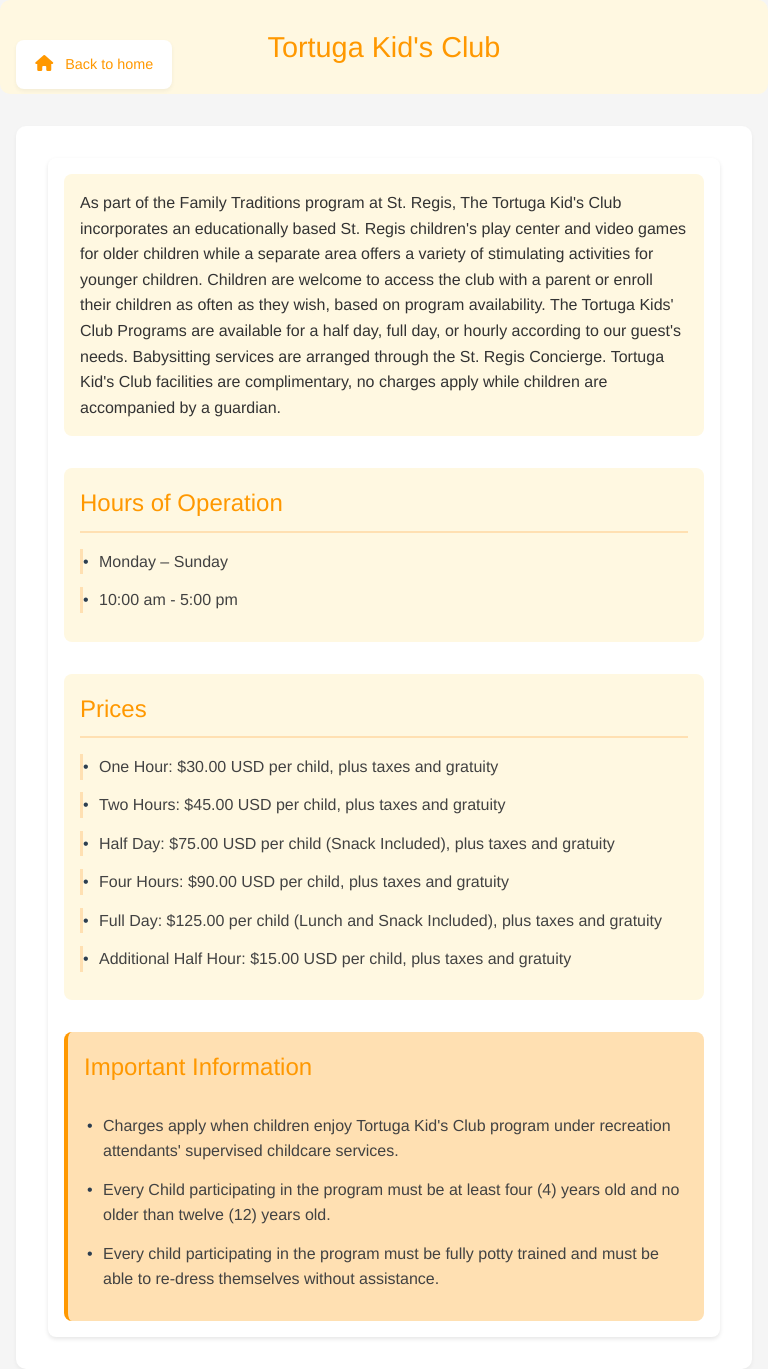
Repository: chvg1968/luxephonebook
Page: public/pages/tortuga.html
The author's editor kept a copy of each file at every save. The page is drawn from the files as they stood at one save, then again after the next save.
The browser window is 768 px wide. The pictures show the whole page.

Above is the page before, as saved 2025-01-23 19:55:01.

### public/pages/tortuga.html
<!DOCTYPE html>
<html lang="en">
<head>
    <meta charset="UTF-8">
    <meta name="viewport" content="width=device-width, initial-scale=1.0">
    <title>Tortuga Kid's Club</title>
    <link rel="stylesheet" href="/public/assets/styles/main.css">
    <link rel="stylesheet" href="/public/assets/styles/components/tortuga.css">
    <link rel="stylesheet" href="https://cdnjs.cloudflare.com/ajax/libs/font-awesome/6.0.0/css/all.min.css">
</head>
<body>
    <main>
        <div class="property-welcome">
            <div class="header-content">
                <a href="villaclara.html" class="back-to-home">
                    <i class="fas fa-home"></i>
                    <span>Back to home</span>
                </a>
                <h1 id="propertyTitle">Tortuga Kid's Club</h1>
            </div>
        </div>

        <div class="property-container">
            <div class="property-content">
                <div class="property-hero">
                    <div class="property-info">
                        <div class="info-section">
                            <p>As part of the Family Traditions program at St. Regis, The Tortuga Kid's Club incorporates an educationally based St. Regis children's play center and video games for older children while a separate area offers a variety of stimulating activities for younger children. Children are welcome to access the club with a parent or enroll their children as often as they wish, based on program availability. The Tortuga Kids' Club Programs are available for a half day, full day, or hourly according to our guest's needs. Babysitting services are arranged through the St. Regis Concierge. Tortuga Kid's Club facilities are complimentary, no charges apply while children are accompanied by a guardian.</p>
                        </div>

                        <div class="info-section">
                            <h3>Hours of Operation</h3>
                            <ul class="info-list">
                                <li>Monday – Sunday</li>
                                <li>10:00 am - 5:00 pm</li>
                            </ul>
                        </div>

                        <div class="info-section">
                            <h3>Prices</h3>
                            <ul class="info-list">
                                <li>One Hour: $30.00 USD per child, plus taxes and gratuity</li>
                                <li>Two Hours: $45.00 USD per child, plus taxes and gratuity</li>
                                <li>Half Day: $75.00 USD per child (Snack Included), plus taxes and gratuity</li>
                                <li>Four Hours: $90.00 USD per child, plus taxes and gratuity</li>
                                <li>Full Day: $125.00 per child (Lunch and Snack Included), plus taxes and gratuity</li>
                                <li>Additional Half Hour: $15.00 USD per child, plus taxes and gratuity</li>
                            </ul>
                        </div>

                        <div class="info-section warning">
                            <h3>Important Information</h3>
                            <ul class="info-list">
                                <li>Charges apply when children enjoy Tortuga Kid's Club program under recreation attendants' supervised childcare services.</li>
                                <li>Every Child participating in the program must be at least four (4) years old and no older than twelve (12) years old.</li>
                                <li>Every child participating in the program must be fully potty trained and must be able to re-dress themselves without assistance.</li>
                            </ul>
                        </div>
                    </div>
                </div>
            </div>
        </div>
    </main>
</body>
</html>

### public/assets/styles/main.css
:root {
    --primary-color: #2c3e50;
    --secondary-color: #3498db;
    --background-color: #f5f5f5;
    --card-background: #ffffff;
    --text-color: #333333;
    --border-radius: 8px;
    --spacing-sm: 8px;
    --spacing-md: 16px;
    --spacing-lg: 24px;
    --shadow-sm: 0 2px 4px rgba(0, 0, 0, 0.1);
    --shadow-md: 0 4px 6px rgba(0, 0, 0, 0.1);
    --transition-speed: 0.3s;
}

* {
    margin: 0;
    padding: 0;
    box-sizing: border-box;
}

body {
    font-family: 'Helvetica Neue', Arial, sans-serif;
    line-height: 1.6;
    color: var(--text-color);
    background-color: var(--background-color);
}

.container {
    max-width: 1200px;
    margin: 0 auto;
    padding: var(--spacing-lg);
}

.two-column-layout {
    display: grid;
    grid-template-columns: 1fr 1fr;
    gap: var(--spacing-lg);
    margin-top: var(--spacing-lg);
}

.property-column {
    background-color: var(--card-background);
    border-radius: var(--border-radius);
    padding: var(--spacing-lg);
    box-shadow: var(--shadow-sm);
    order: 1;
}

.search-column {
    background-color: var(--card-background);
    border-radius: var(--border-radius);
    padding: var(--spacing-lg);
    box-shadow: var(--shadow-sm);
    order: 2;
}

.main-menu {
    list-style: none;
    padding: 0;
}

.menu-item {
    margin-bottom: var(--spacing-sm);
}

.menu-button,
.sub-menu-button {
    width: 100%;
    display: flex;
    align-items: center;
    gap: var(--spacing-md);
    padding: var(--spacing-md);
    background-color: var(--card-background);
    border: none;
    border-radius: var(--border-radius);
    color: var(--primary-color);
    font-size: 1.1em;
    cursor: pointer;
    transition: all var(--transition-speed);
    box-shadow: var(--shadow-sm);
}

.menu-button i,
.sub-menu-button i {
    font-size: 1.2em;
    width: 24px;
    text-align: center;
}

.menu-button:hover,
.sub-menu-button:hover {
    background-color: var(--secondary-color);
    color: white;
    transform: translateY(-2px);
    box-shadow: var(--shadow-md);
}

.menu-button.selected,
.sub-menu-button.selected {
    background-color: var(--primary-color);
    color: white;
}

.sub-menu {
    list-style: none;
    padding-left: var(--spacing-lg);
    margin-top: var(--spacing-sm);
    display: none; /* Oculto por defecto */
}

.menu-item:hover .sub-menu {
    display: block; /* Se muestra al hacer hover */
}

.sub-menu-item {
    margin-bottom: var(--spacing-sm);
}

.sub-menu-button {
    font-size: 0.95em;
    padding: var(--spacing-sm) var(--spacing-md);
    background-color: var(--background-color);
}

.sub-menu-button i {
    font-size: 1.1em;
}

.modal-container {
    display: none;
    position: fixed;
    top: 0;
    left: 0;
    width: 100%;
    height: 100%;
    background-color: rgba(0, 0, 0, 0.5);
    z-index: 1000;
    opacity: 0;
    transition: opacity var(--transition-speed);
}

.modal-container.active {
    display: flex;
    opacity: 1;
}

.modal-content {
    background-color: var(--card-background);
    border-radius: var(--border-radius);
    width: 90%;
    max-width: 800px;
    max-height: 90vh;
    margin: auto;
    position: relative;
    transform: translateY(-20px);
    transition: transform var(--transition-speed);
    overflow: hidden;
    display: flex;
    flex-direction: column;
}

.modal-container.active .modal-content {
    transform: translateY(0);
}

.modal-header {
    padding: var(--spacing-md);
    background-color: var(--primary-color);
    color: white;
    display: flex;
    align-items: center;
    gap: var(--spacing-md);
    position: sticky;
    top: 0;
}

.back-button {
    background: none;
    border: none;
    color: white;
    cursor: pointer;
    display: flex;
    align-items: center;
    gap: var(--spacing-sm);
    font-size: 1em;
    padding: var(--spacing-sm);
    border-radius: var(--border-radius);
    transition: background-color var(--transition-speed);
}

.back-button:hover {
    background-color: rgba(255, 255, 255, 0.1);
}

.modal-body {
    padding: var(--spacing-lg);
    overflow-y: auto;
    flex-grow: 1;
}

.search-section {
    background-color: var(--card-background);
    padding: var(--spacing-lg);
    border-radius: var(--border-radius);
    box-shadow: var(--shadow-sm);
    margin-bottom: var(--spacing-lg);
}

.search-box {
    display: flex;
    gap: var(--spacing-md);
    margin-bottom: var(--spacing-md);
}

.search-input {
    flex: 1;
    padding: var(--spacing-sm);
    border: 2px solid var(--border-color);
    border-radius: var(--border-radius);
    font-size: 1rem;
    transition: var(--transition);
    background-color: var(--card-background);
}

.search-input:focus {
    outline: none;
    border-color: var(--primary-color);
}

.category-select {
    padding: var(--spacing-sm);
    border: 2px solid var(--border-color);
    border-radius: var(--border-radius);
    font-size: 1rem;
    min-width: 200px;
    background-color: var(--card-background);
    cursor: pointer;
    transition: var(--transition);
}

.category-select:focus {
    outline: none;
    border-color: var(--primary-color);
}

.stats {
    color: var(--text-light);
    font-size: 0.9rem;
}

.results {
    display: grid;
    grid-template-columns: repeat(auto-fill, minmax(300px, 1fr));
    gap: var(--spacing-md);
    padding: var(--spacing-sm);
}

.card {
    background-color: var(--card-background);
    border-radius: var(--border-radius);
    padding: var(--spacing-md);
    box-shadow: var(--shadow-sm);
    transition: var(--transition);
}

.card:hover {
    box-shadow: var(--shadow-md);
    transform: translateY(-2px);
}

.property-welcome {
    text-align: center;
    margin-bottom: var(--spacing-lg);
    position: relative;
}

.property-image {
    width: 100%;
    max-height: 400px;
    object-fit: cover;
    border-radius: var(--border-radius);
    margin-bottom: var(--spacing-md);
}

.back-to-home {
    position: absolute;
    top: var(--spacing-md);
    left: var(--spacing-md);
    background-color: var(--background-color);
    padding: var(--spacing-xs) var(--spacing-sm);
    border-radius: var(--border-radius);
    text-decoration: none;
    color: var(--text-color);
    display: flex;
    align-items: center;
    gap: var(--spacing-xs);
    box-shadow: var(--shadow-sm);
    transition: var(--transition);
}

.back-to-home:hover {
    box-shadow: var(--shadow-md);
    transform: translateY(-2px);
}

.back-to-home i {
    font-size: 1.2rem;
}

.property-info {
    background-color: var(--card-background);
    padding: var(--spacing-md);
    border-radius: var(--border-radius);
    box-shadow: var(--shadow-sm);
}

.info-section {
    margin-bottom: var(--spacing-md);
}

.info-section:last-child {
    margin-bottom: 0;
}

.info-section h3 {
    margin-bottom: var(--spacing-sm);
    color: var(--text-color);
    font-weight: 600;
}

.info-list {
    list-style: none;
}

.info-list li {
    margin-bottom: var(--spacing-xs);
    padding-left: var(--spacing-md);
    position: relative;
}

.info-list li::before {
    content: "•";
    color: var(--primary-color);
    position: absolute;
    left: 0;
}

.warning {
    color: var(--primary-dark);
    font-weight: 500;
}

/* Estilos para las secciones de resultados */
.results-sections {
    margin-top: 2rem;
}

.category-section {
    margin-bottom: 2rem;
    scroll-margin-top: 2rem;
}

.category-section h2 {
    color: #333;
    font-size: 1.5rem;
    margin-bottom: 1rem;
    padding-bottom: 0.5rem;
    border-bottom: 2px solid #e0e0e0;
}

/* Scroll suave para toda la página */
html {
    scroll-behavior: smooth;
}

/* Ajustes responsive */
@media (max-width: 768px) {
    .two-column-layout {
        display: flex;
        flex-direction: column;
        gap: var(--spacing-md);
    }

    .property-column {
        order: 1;
    }

    .search-column {
        order: 2;
    }

    .modal-content {
        width: 95%;
        max-height: 95vh;
        margin: 10px auto;
    }

    .menu-button {
        padding: var(--spacing-sm);
    }

    .menu-button i {
        font-size: 1.1em;
    }

    .category-section {
        scroll-margin-top: 1rem;
    }
}

### public/assets/styles/components/tortuga.css
:root {
    /* Paleta de colores pastel */
    --tortuga-orange: #FFB74D;
    --tortuga-light: #FFE0B2;
    --tortuga-accent: #FF9800;
    --tortuga-bg: #FFF8E1;
    --tortuga-text: #424242;
    --tortuga-text-light: #757575;
    --tortuga-white: #FFFFFF;
  }

  .property-welcome {
    background-color: var(--tortuga-bg);
    padding: 2rem;
    border-radius: 10px;
    margin-bottom: 2rem;
    text-align: center;
    display: flex;
    flex-direction: column;
    align-items: center;
    gap: 1rem;
  }

  .property-welcome h1 {
    color: var(--tortuga-accent);
    font-size: 2.5rem;
    font-weight: 300;
    margin: 0;
    font-family: 'Helvetica Neue', Arial, sans-serif;
  }

  .property-container {
    max-width: 1200px;
    margin: 0 auto;
    padding: 0 1rem;
  }

  .property-content {
    background-color: var(--tortuga-white);
    border-radius: 10px;
    box-shadow: 0 2px 4px rgba(0,0,0,0.05);
    padding: 2rem;
  }

  .info-section {
    margin-bottom: 2rem;
    padding: 1.5rem;
    border-radius: 8px;
    background-color: var(--tortuga-bg);
    transition: transform 0.3s ease;
  }

  .info-section:hover {
    transform: translateY(-2px);
  }

  .info-section h3 {
    color: var(--tortuga-accent);
    font-size: 1.5rem;
    font-weight: 400;
    margin-bottom: 1rem;
    border-bottom: 2px solid var(--tortuga-light);
    padding-bottom: 0.5rem;
  }

  .info-list {
    list-style: none;
    padding: 0;
  }

  .info-list li {
    color: var(--tortuga-text);
    margin-bottom: 0.8rem;
    padding-left: 1rem;
    border-left: 3px solid var(--tortuga-light);
    transition: border-left-color 0.3s ease;
  }

  .info-list li:hover {
    border-left-color: var(--tortuga-accent);
  }

  .warning {
    background-color: var(--tortuga-light);
    border-left: 4px solid var(--tortuga-accent);
  }

  .back-to-home {
    padding: 1rem 1.5rem;
    background-color: var(--tortuga-white);
    border-radius: 8px;
    margin-top: 1.5rem;
    display: inline-block;
    box-shadow: 0 2px 4px rgba(0,0,0,0.05);
    color: var(--tortuga-accent);
    text-decoration: none;
    font-weight: 500;
    transition: all 0.3s ease;
  }

  .back-to-home:hover {
    background-color: var(--tortuga-bg);
    transform: translateY(-2px);
  }

  .back-to-home i {
    font-size: 1.2rem;
    margin-right: 0.5rem;
  }

  /* Estilos responsivos */
  @media (max-width: 768px) {
    .property-welcome {
      padding: 1.5rem;
      gap: 1.5rem;
    }

    .property-welcome h1 {
      font-size: 1.8rem;
    }

    .back-to-home {
      padding: 0.8rem 1.2rem;
      width: auto;
      font-size: 0.9rem;
    }

    .back-to-home i {
      font-size: 1rem;
    }

    .info-section {
      padding: 1rem;
    }
  }

  @media (max-width: 480px) {
    .property-welcome h1 {
      font-size: 1.5rem;
    }
  }

After the next save:
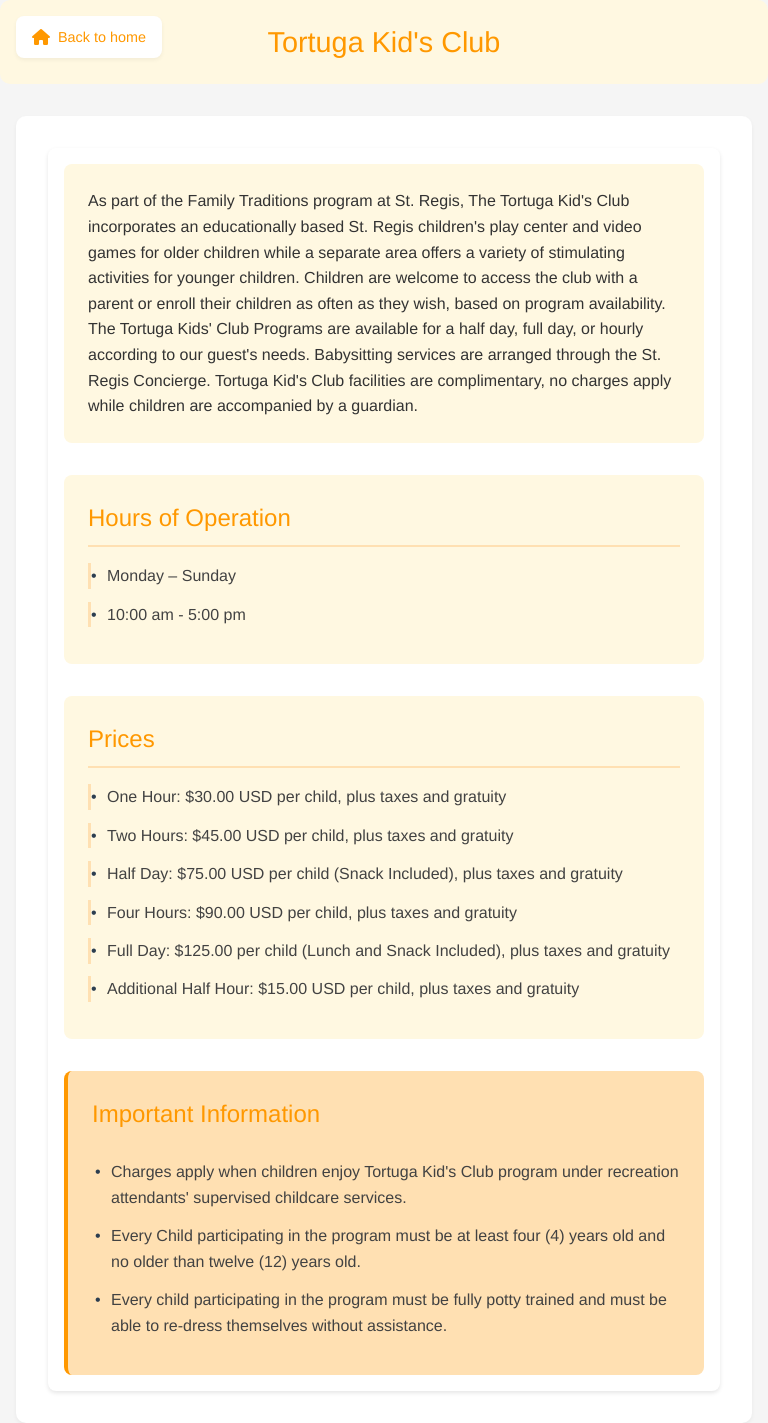
Saved 10 s later.
--- a/public/assets/styles/components/tortuga.css
+++ b/public/assets/styles/components/tortuga.css
@@ -14,11 +14,13 @@
     padding: 2rem;
     border-radius: 10px;
     margin-bottom: 2rem;
-    text-align: center;
+  }
+
+  .header-content {
     display: flex;
     flex-direction: column;
-    align-items: center;
-    gap: 1rem;
+    align-items: flex-start;
+    gap: 1.5rem;
   }
 
   .property-welcome h1 {
@@ -26,6 +28,8 @@
     font-size: 2.5rem;
     font-weight: 300;
     margin: 0;
+    text-align: center;
+    width: 100%;
     font-family: 'Helvetica Neue', Arial, sans-serif;
   }
 
@@ -86,11 +90,11 @@
   }
 
   .back-to-home {
-    padding: 1rem 1.5rem;
+    padding: 0.8rem 1.2rem;
     background-color: var(--tortuga-white);
     border-radius: 8px;
-    margin-top: 1.5rem;
-    display: inline-block;
+    display: inline-flex;
+    align-items: center;
     box-shadow: 0 2px 4px rgba(0,0,0,0.05);
     color: var(--tortuga-accent);
     text-decoration: none;
@@ -100,7 +104,7 @@
 
   .back-to-home:hover {
     background-color: var(--tortuga-bg);
-    transform: translateY(-2px);
+    transform: translateX(-5px);
   }
 
   .back-to-home i {
@@ -111,8 +115,11 @@
   /* Estilos responsivos */
   @media (max-width: 768px) {
     .property-welcome {
-      padding: 1.5rem;
-      gap: 1.5rem;
+      padding: 1.2rem;
+    }
+
+    .header-content {
+      gap: 1rem;
     }
 
     .property-welcome h1 {
@@ -120,17 +127,12 @@
     }
 
     .back-to-home {
-      padding: 0.8rem 1.2rem;
-      width: auto;
+      padding: 0.6rem 1rem;
       font-size: 0.9rem;
     }
 
     .back-to-home i {
       font-size: 1rem;
-    }
-
-    .info-section {
-      padding: 1rem;
     }
   }
 
